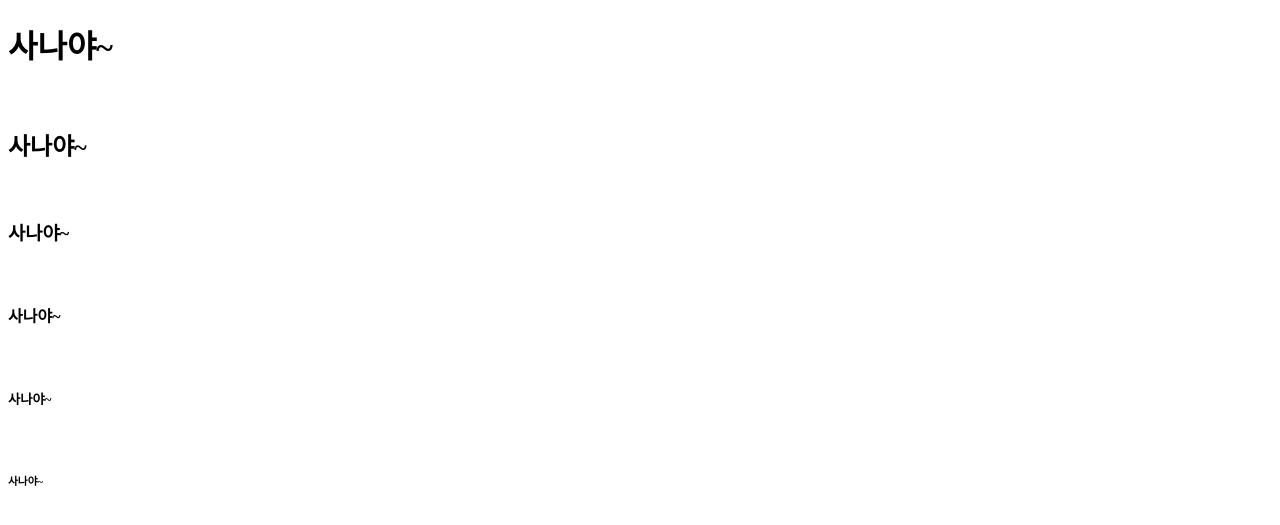
Repository: Hongjeongmin/university
Page: http://localhost/test/0913.jsp
These files come from the project's save history. The page is drawn as it stood at one moment and after the next save; the edit follows.
The browser window is 1280 px wide. The pictures show the whole page.
The page is served by Tomcat 9.

Above is the page before, as saved 2018-09-13 06:13:14.

### webprograming/test/test/WebContent/0913.jsp
<%@ page language="java" contentType="text/html; charset=UTF-8"
    pageEncoding="UTF-8"%>
<!DOCTYPE html>
<html>
<head>
<meta charset="UTF-8">
<title>Insert title here</title>
</head>
<body>
<%
for(int i=1;i<=6;i++)
{
	out.print("<h"+i+">사나야~"+"</h"+i+"><br>");
}
%>
</body>
</html>

After the next save:
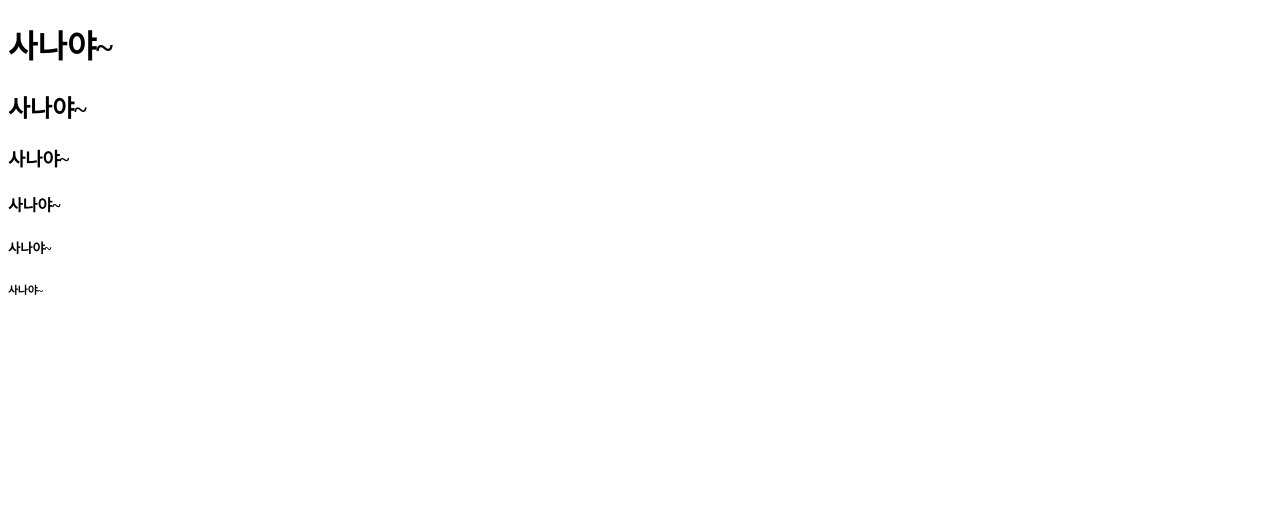
Saved 15 s later.
--- a/webprograming/test/test/WebContent/0913.jsp
+++ b/webprograming/test/test/WebContent/0913.jsp
@@ -10,7 +10,7 @@
 <%
 for(int i=1;i<=6;i++)
 {
-	out.print("<h"+i+">사나야~"+"</h"+i+"><br>");
+	out.print("<h"+i+">사나야~"+"</h"+i+">");
 }
 %>
 </body>
